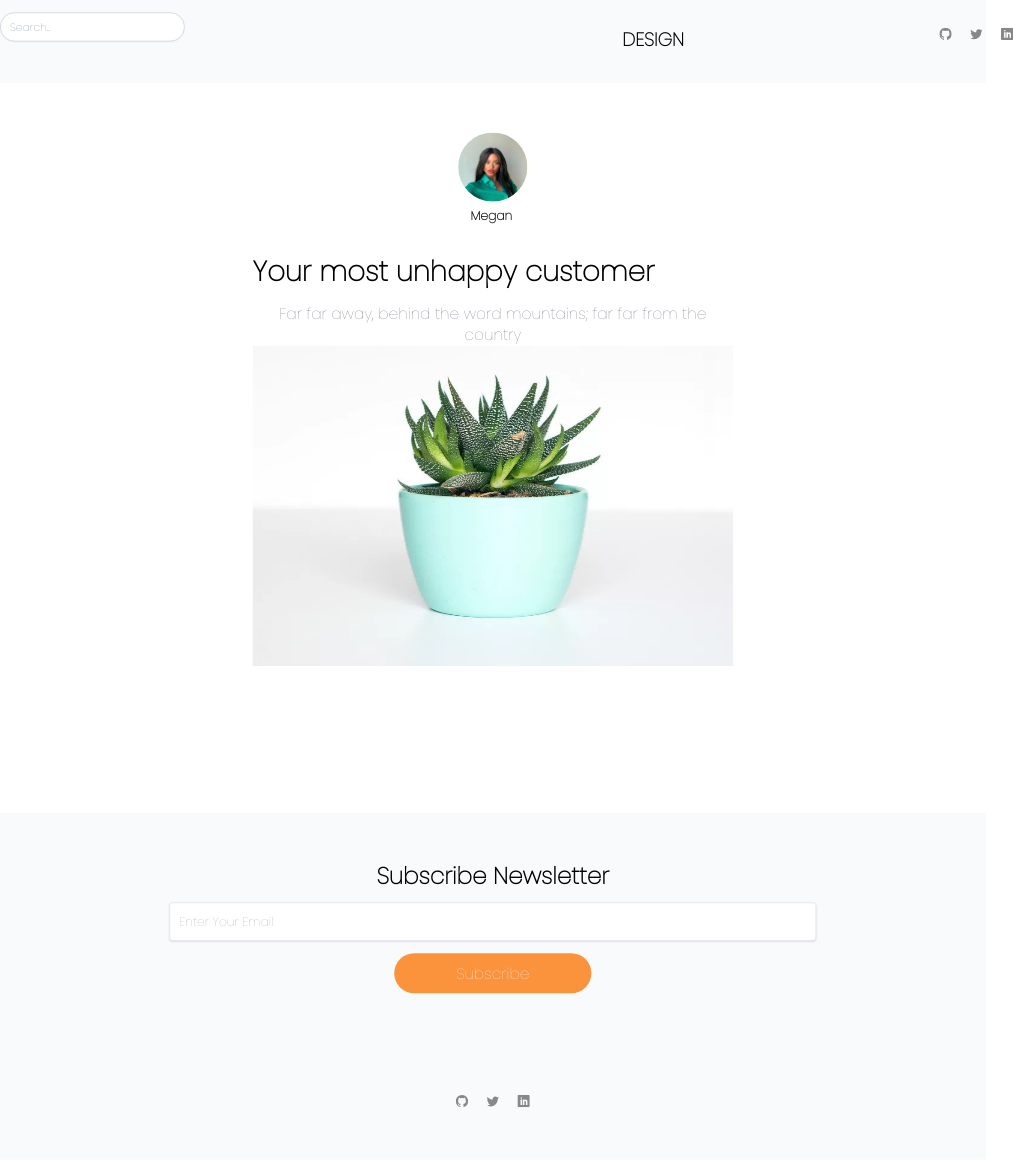
Repository: Megan74/blog5
Page: /posts/page
The author's editor kept a copy of each file at every save. The page is drawn from the files as they stood at one save, then again after the next save.
The browser window is 1280 px wide. The page is 1316 px wide, so the pictures cover 1316 px, including what lies to the right of the window. The pictures show the whole page, at 77% of full size.
The project was rebuilt for these pictures with package versions that can differ from the ones it lists, and the page was loaded fresh each time. The framework's server and built-in components were replaced by stand-ins that run in the browser. Also part of the build but not shown: next.config.js.

Above is the page before, as saved 2022-07-02 18:21:01.

### pages/posts/page.js
/* eslint-disable jsx-a11y/alt-text */
import Format from "../../layout/format";
import Author from "../../components/_child/author";
import Image from "next/image";


export default function Page() {

    return(
        <Format>
            <section className="container mx-auto md:px-2 py-16 w-1/2">
            <div className="flex justify-center">
            <Author></Author>
           </div>

         <div className="post py-10">
            <h1 className="font-bold text-4xl text-cente  pb-5">Your most unhappy customer </h1>

            <p className="text-gray-500 text-xl text-center">Far far away, behind the word mountains; far far from the country</p>
          <div className="py10">
           <Image src="/images/img1.jpeg" width={900} height={600}></Image>
          </div>
            <div className="content text-gray-600 text-lg flex flex-col gap-4"></div>
         </div>
         </section>

        </Format>




    )
    }

### styles/globals.css
@import url('https://fonts.googleapis.com/css2?family=Poppins:wght@100&family=Roboto:ital,wght@1,300&display=swap');
@tailwind base;
@tailwind components;
@tailwind utilities;



* > * {
  font-family: 'Poppins', sans-serif;
}

.text-inline{
  @apply mt-1 block w-60 px-3 py-2 bg-white border border-slate-300 rounded-full text-sm shadow-sm placeholder-slate-500;
}

.social{
  display: block;
  background-size: 60px;
  transform: scale(1);
  width: 60px;
  height: 60px;
 }

.social:hover{
  transform: scale(1.2);
  transition: all 0.3s ease-in-out;
}

### layout/format.js
import Head from "next/head";
import Header from "../components/header";
import Footer from "../components/footer";


export default function format ({children}){
return (
      <>

      <Head>
        <title>Blog</title>
      </Head>

    <Header></Header>
    <main> {children}</main>
    <Footer></Footer>
    </>

)

}

### components/_child/author.js
/* eslint-disable jsx-a11y/alt-text */
import Image from "next/image";
import Link from "next/link";


export default function author () {
    return(

       <div classname="author flex py-5">
        <Image src={"/images/author/profile.JPG"} width={90} height={90} className="rounded-full"></Image>

        <div className="flex flex-col justify-center px-4">
            <Link href={"/"}><a className="text-md font-bold text-gray italic-font 800 hover:text-gray-600"> Megan</a></Link>

            <span className="text-sm text-gray-500"></span>
        </div>
       </div>
    )
}

### components/header.js
import { ImGithub, ImTwitter , ImLinkedin } from "react-icons/im";
import Link from 'next/link';


export default function header (){
return (
<header className="bg-gray-50">
<div className="xl:container xl:mx-auto flex flex-col item-center sm:flex-row sm:justify-between text-center py-3">
    <div className="md:flex-none w-96 order-2 sm:order-1 flex justify-center py-4 sm:py-0"></div>
<div>
    <input type="text" className="text-inline" placeholder="Search..."/>
</div>
<div className="shrink w-80 sm:order-2">
    <Link href={'/'}>
    <a className="font-bold uppercase mt-6 text-2xl flex flex-justify-center">Design</a>
    </Link>

</div>
<div className= "social mt-6 w-111 h-55 order-3 flex justify-center">
    <div className="flex gap-6">
        <Link href={'https://github.com/Megan74'}>
        <a><ImGithub color="888888"/></a>
        </Link>
        <Link href={'https://twitter.com/techiemeggy'}>
    <a><ImTwitter color="#888888"/></a>
    </Link>
    <Link href={'https://www.linkedin.com/in/megan-mat/'}>
    <a><ImLinkedin color="#888888"/></a>
    </Link>
</div>

</div>
</div>
</header>
)
}

### components/footer.js
import { ImGithub, ImTwitter , ImLinkedin } from "react-icons/im";
import Link from 'next/link';
import Newsletter from "./_child/newsletter";



export default function footer(){
    return(
 <footer className="bg-gray-50">
      <Newsletter></Newsletter>

    <div className="container mx-auto flex justify-center py-12">
      <div className="py-5">
         <div className="flex gap-6 justify-center">
         <Link href={'https://github.com/Megan74'}>
        <a><ImGithub color="888888"/></a>
        </Link>
        <Link href={'https://twitter.com/techiemeggy'}>
    <a><ImTwitter color="#888888"/></a>
    </Link>
    <Link href={'https://www.linkedin.com/in/megan-mat/'}>
    <a><ImLinkedin color="#888888"/></a>
    </Link>
      </div>



      </div>

    </div>


 </footer>
    )
}

### components/_child/newsletter.js

export default function newsletter(){
return(
 <section className="bg-gray-50 mt-20">


  <div className="container mx-auto md:px-20 py-16 text-center">
      <h1 className="font-bold text-3xl">Subscribe Newsletter</h1>
      <div className="py-4">
        <input type="text" className="shadow border rounded w-9/12 py-3 px-3 text-gray-700 focus:outline-none focus:shadow-outline" placeholder="Enter Your Email"></input>
      </div>
   <button className="bg-orange-400 px-20 py-3 rounded-full text-gray-50 text-xl">
     Subscribe
   </button>
  </div>
  </section>
)
}

Loaded but not shown: pages/_app.js (common file); tailwind.config.js (common file)

After the next save:
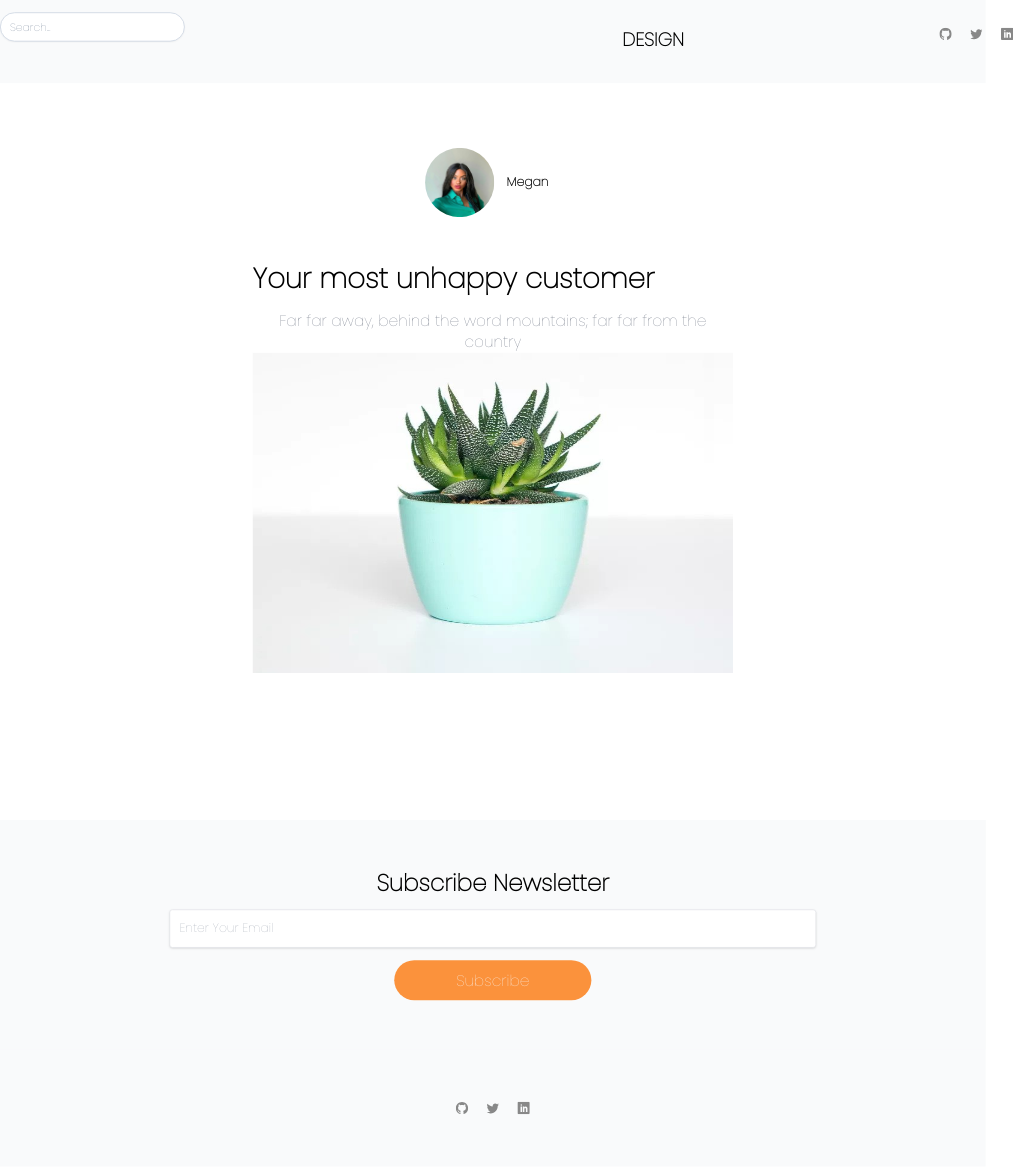
Saved 95 s later.
--- a/components/_child/author.js
+++ b/components/_child/author.js
@@ -6,7 +6,7 @@ import Link from "next/link";
 export default function author () {
     return(
 
-       <div classname="author flex py-5">
+       <div className="author flex py-5">
         <Image src={"/images/author/profile.JPG"} width={90} height={90} className="rounded-full"></Image>
 
         <div className="flex flex-col justify-center px-4">
